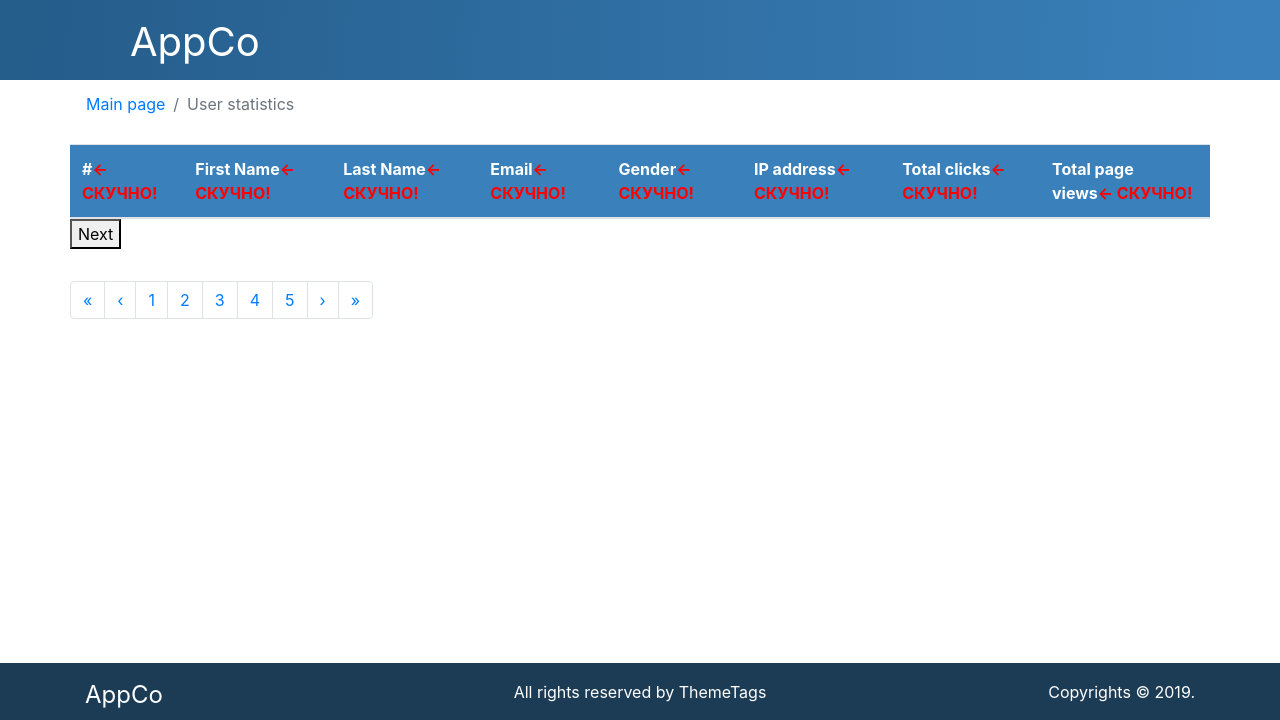
Repository: andbilous/user-statistics-app
Page: /
An editor plug-in stored every save of this project. The page is shown before and after a run of saves, followed by the edit.
The browser window is 1280 px wide. The pictures show the whole page.
The page's requests for data from a server got no answer. The project was rebuilt for these pictures with package versions that can differ from the ones it lists, and the page was loaded fresh each time. No one was signed in, and anything a server would have sent is missing. Also part of the build but not shown: src/components/brainstorming/index.js, src/components/reasons/reasons.scss, src/components/reasons/index.js, src/components/footer/footer.scss, src/components/footer/index.js, src/pages/Main.jsx.

Above is the page before, as saved 2020-06-22 17:02:33.

After the next 9 saves:
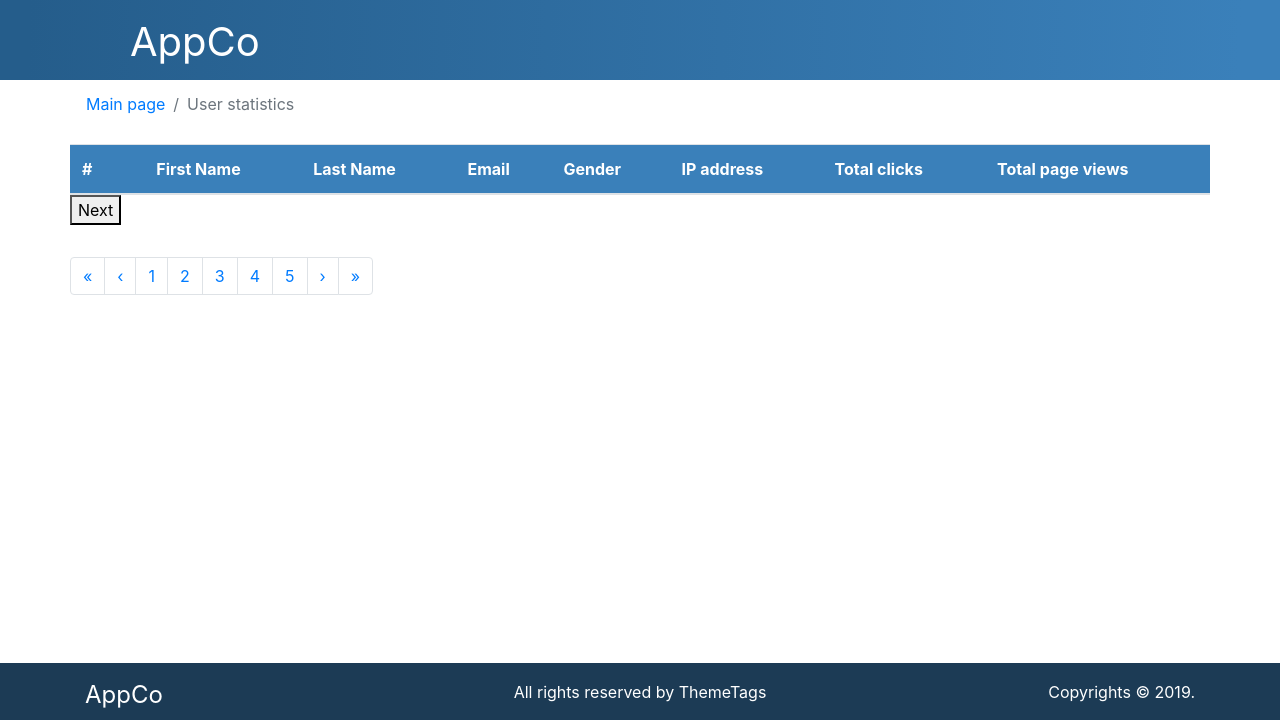
The 9 saves are shown as one change because they came seconds apart.
The last was saved 23 s later.
--- a/src/App.scss
+++ b/src/App.scss
@@ -15,8 +15,10 @@ table {
     color: #fff;
   }
   th::after {
-    content: "<- СКУЧНО!";
-    color: red;
+    content: "";
+    color: white;
+    width: 1px;
+    height: 5px;
  }
 }
 
